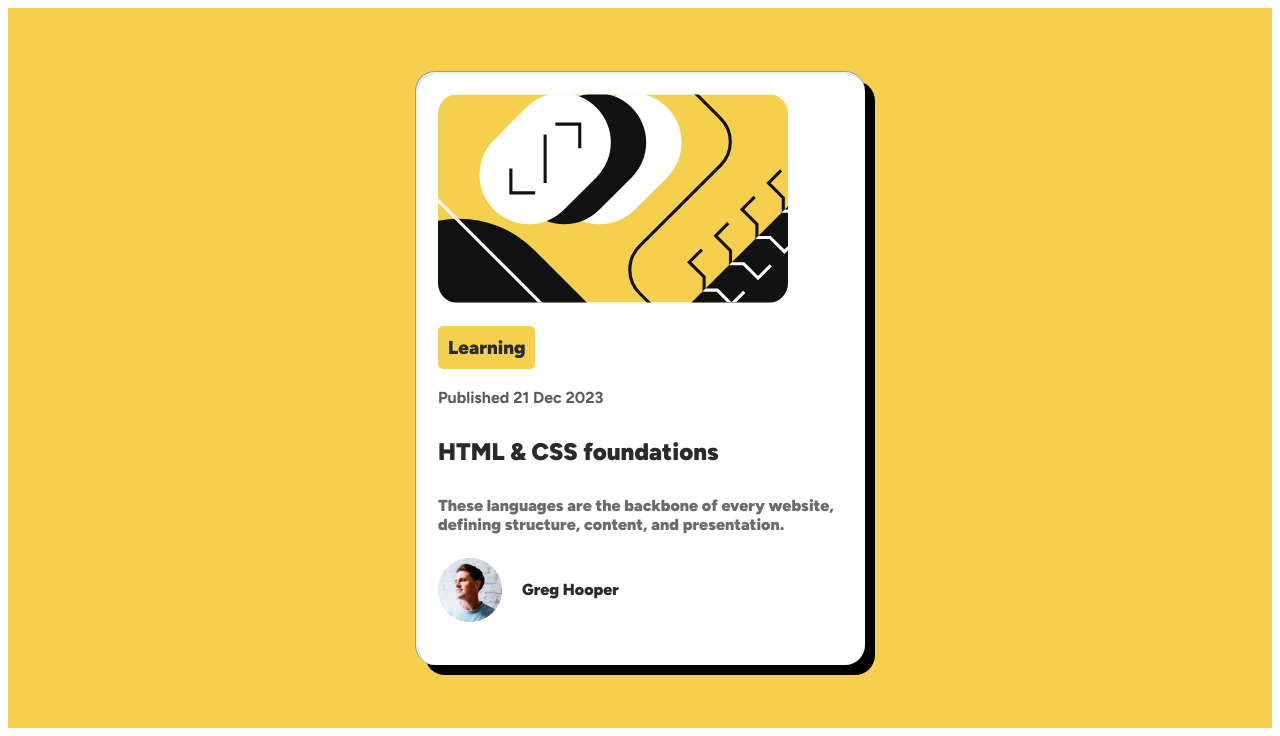
Repository: reemoon-ctrl/blog-preview-card
Page: index.html
An editor plug-in stored every save of this project. The page is shown before and after a run of saves, followed by the edit.
The browser window is 1280 px wide. The pictures show the whole page.

Above is the page before, as saved 2024-07-19 15:35:36.

### index.html
<!DOCTYPE html>
<html>
    <head>
        <title>Frontend Mentor | Blog preview card</title>
        <link rel="stylesheet" href="index.css" />
        <style>
            @import url('https://fonts.googleapis.com/css2?family=Figtree:ital,wght@0,300..900;1,300..900&display=swap');
        </style>


    </head>
    <body>
        <article class="blog-card-article">
            <div class="blog-card">
                <img class="blog-img"src="img\illustration-article.svg" alt="illustration-article" />
                <h3 class="blog-category">Learning</h3>
                <b class="blog-date">Published 21 Dec 2023</b>
                <h1 class="blog-title">HTML & CSS foundations</h1>
                <b class="blog-discrip">These languages are the backbone of every website, defining structure, content, and presentation.</b>
                <h2 class="blog-author"><img  src="img\image-avatar.webp" alt="Greg Hooper avatar"/>Greg Hooper</h2>
            </div>
        </article>

    </body>
</html>

### index.css
.blog-card-article{
    min-height: 100vh;
    display: flex;
    align-items:center;
    justify-content: center;
    background-color: hsl(47, 88%, 63%);


}

.blog-card{
    background-color: white;
    padding: 20px 20px 20px 20px;
    border-left-style: groove;
    /* border-left-color: hsl(0, 0%, 17%); */
    border-top:groove ;
    border-radius: 20px;
    flex-basis: 450px;
    box-shadow:10px 10px;
}

.blog-img{
    border-radius: 20px;
    width: 350px;


}

.blog-category{

    background-color: hsl(47, 88%, 63%);
    width:fit-content;
    border-radius: 5px;
    padding: 10px 10px;
    font-family: "Figtree", sans-serif;
    font-optical-sizing: auto;
    font-weight: 900;
    font-style:normal;
    color: hsl(0, 0%, 17%);



}

.blog-date{
    color: hsl(0, 0%, 35%);
    padding: 10px 0;
    font-family: "Figtree", sans-serif;
    font-optical-sizing: auto;
    font-weight: 700;
    font-style: normal;

}

.blog-title{
    padding: 10px 0;
    font-family: "Figtree", sans-serif;
    font-optical-sizing: auto;
    font-weight: 900;
    font-style: normal;
    color: hsl(0, 0%, 17%);

}
.blog-discrip{
    color:hsl(0, 0%, 42%);
    padding: 10px 0px;
    font-family: "Figtree", sans-serif;
    font-optical-sizing: auto;
    font-weight: 900;
    font-style: normal;

}

.blog-author{

    display: flex;
    align-items:center;
    padding: 10px 0px;
    gap: 20px;
    font-family: "Figtree", sans-serif;
    font-optical-sizing: auto;
    font-weight:900;
    font-style: normal;
    color: hsl(0, 0%, 17%);
    font-size: 16px;

}
*{
    box-sizing: border-box;
}

After the next 5 saves:
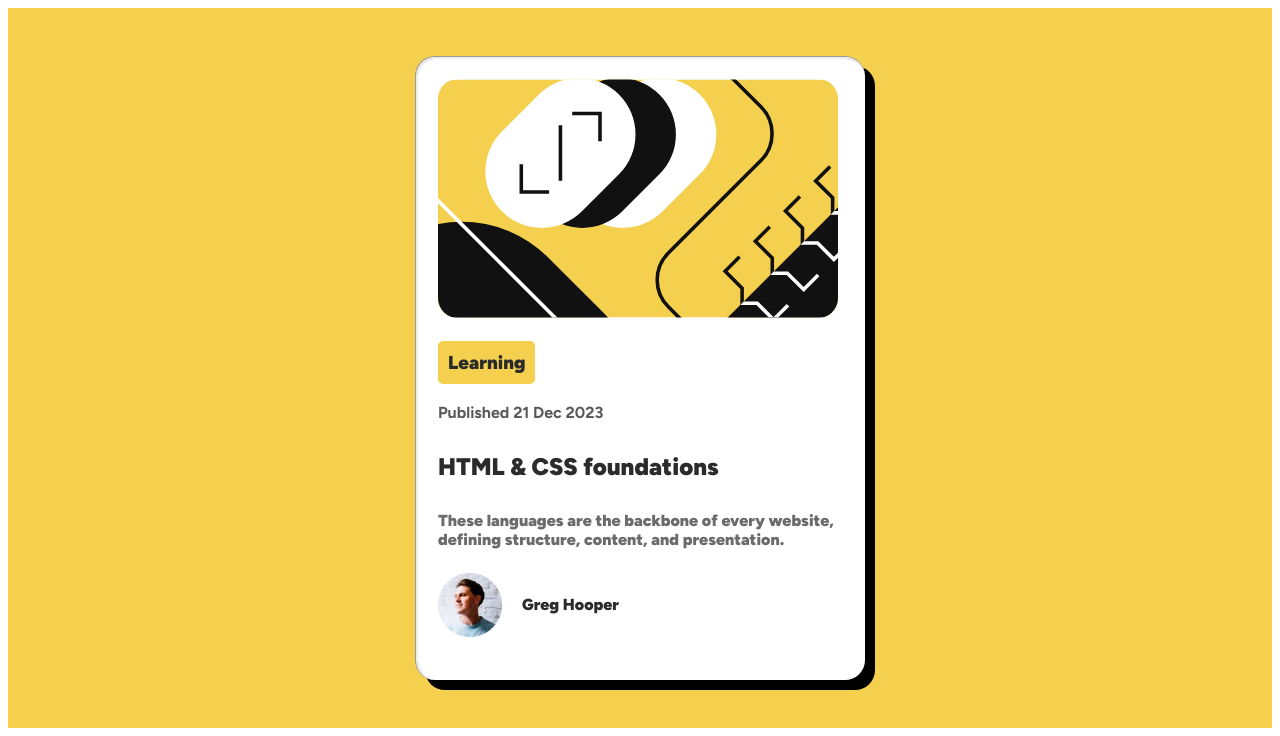
The 5 saves are shown as one change because they came seconds apart.
The last was saved 14 s later.
--- a/index.css
+++ b/index.css
@@ -21,7 +21,7 @@
 
 .blog-img{
     border-radius: 20px;
-    width: 350px;
+    width: 400px;
 
 
 }
